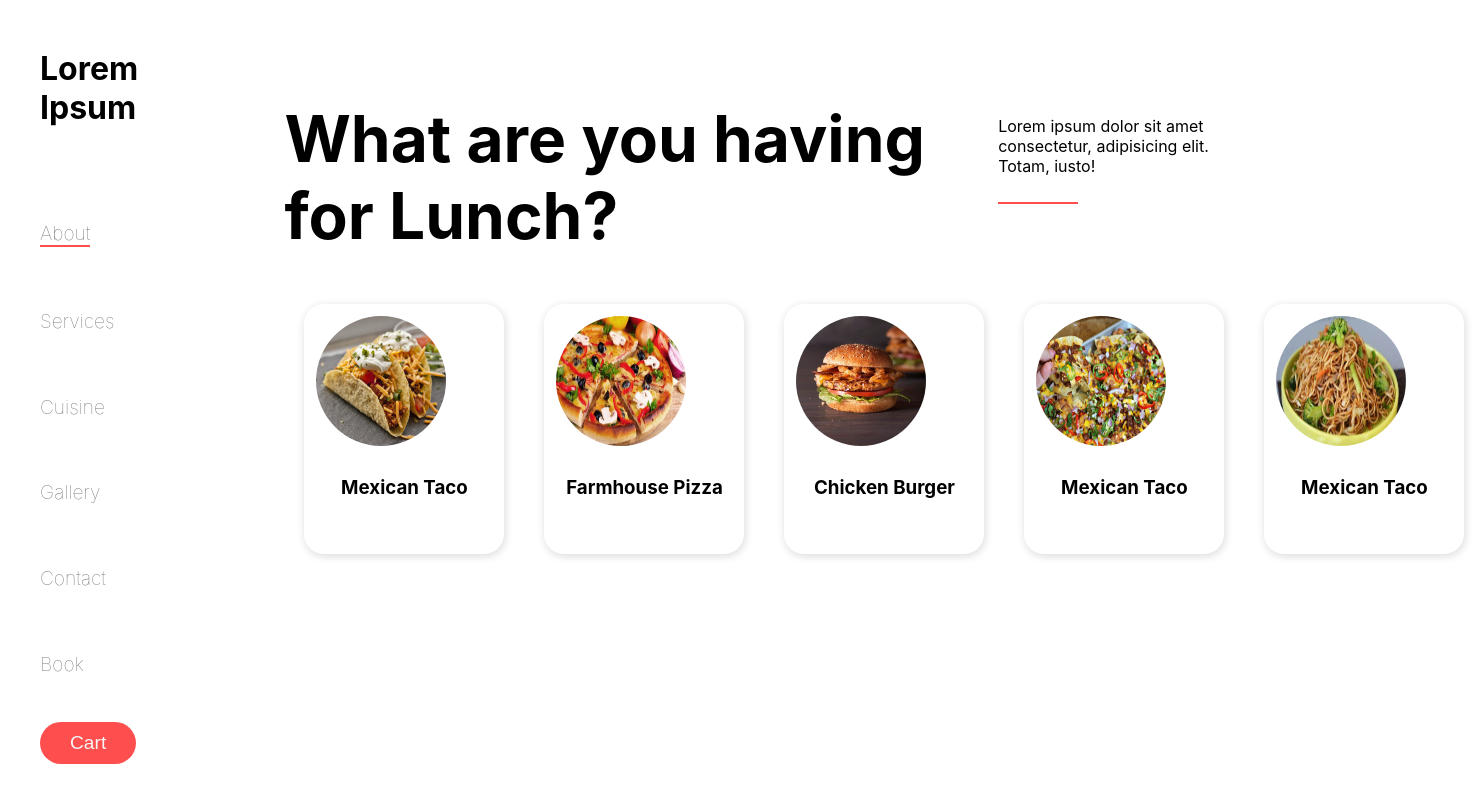
Repository: Marlstergo/assignment2
Page: /
These files come from the project's save history. The page is drawn as it stood at one moment and after the next save; the edit follows.
The browser window is 1280 px wide. The page is 1484 px wide, so the pictures cover 1484 px, including what lies to the right of the window. The pictures show the whole page.
The project was rebuilt for these pictures with package versions that can differ from the ones it lists, and the page was loaded fresh each time.

Above is the page before, as saved 2021-07-27 03:29:11.

After the next save:
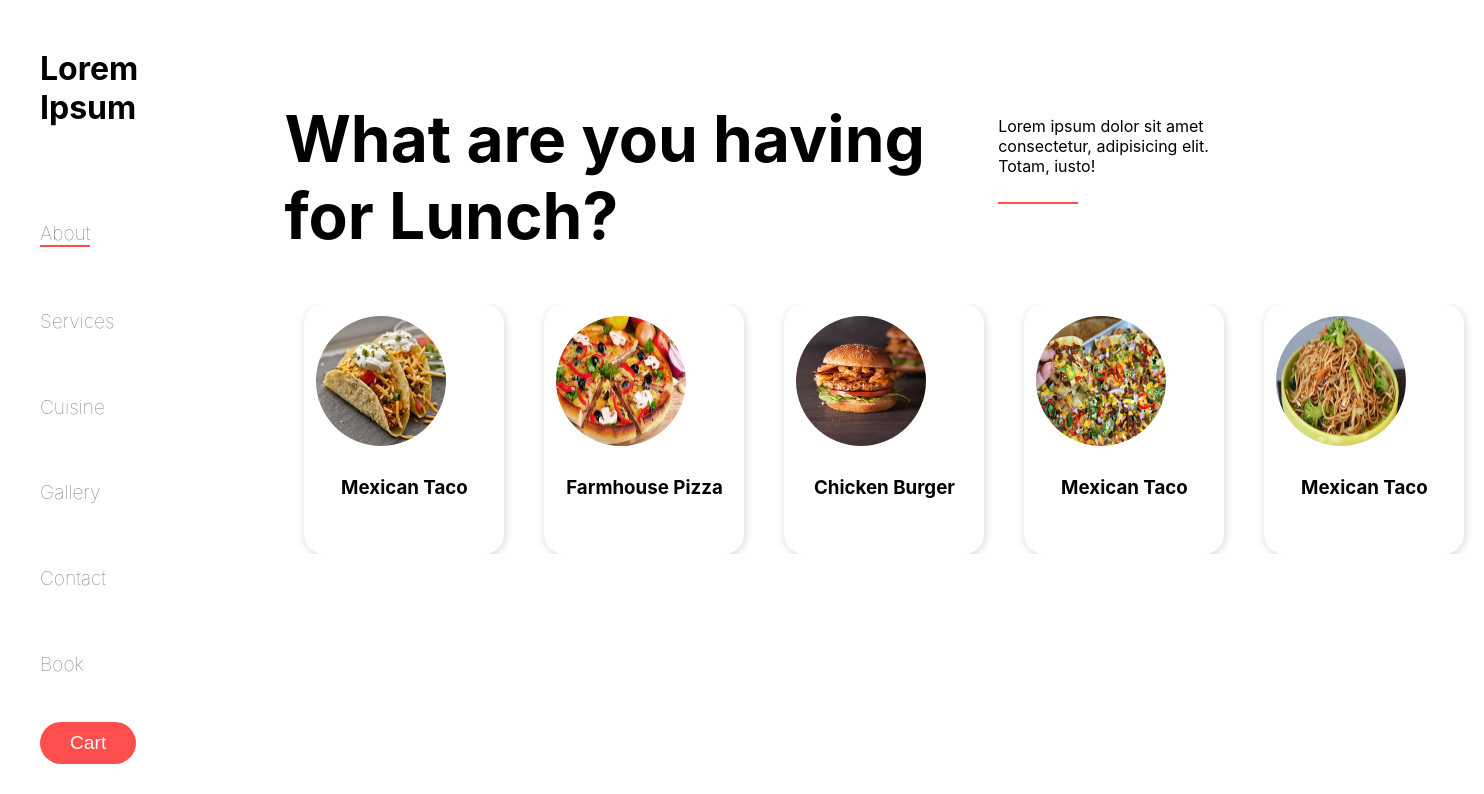
Saved 47 s later.
--- a/src/App.css
+++ b/src/App.css
@@ -96,6 +96,7 @@
 .row{
   display: inline-flex;
   /* overflow: scroll; */
+  overflow: hidden;
 
 }
 

After the save that followed:
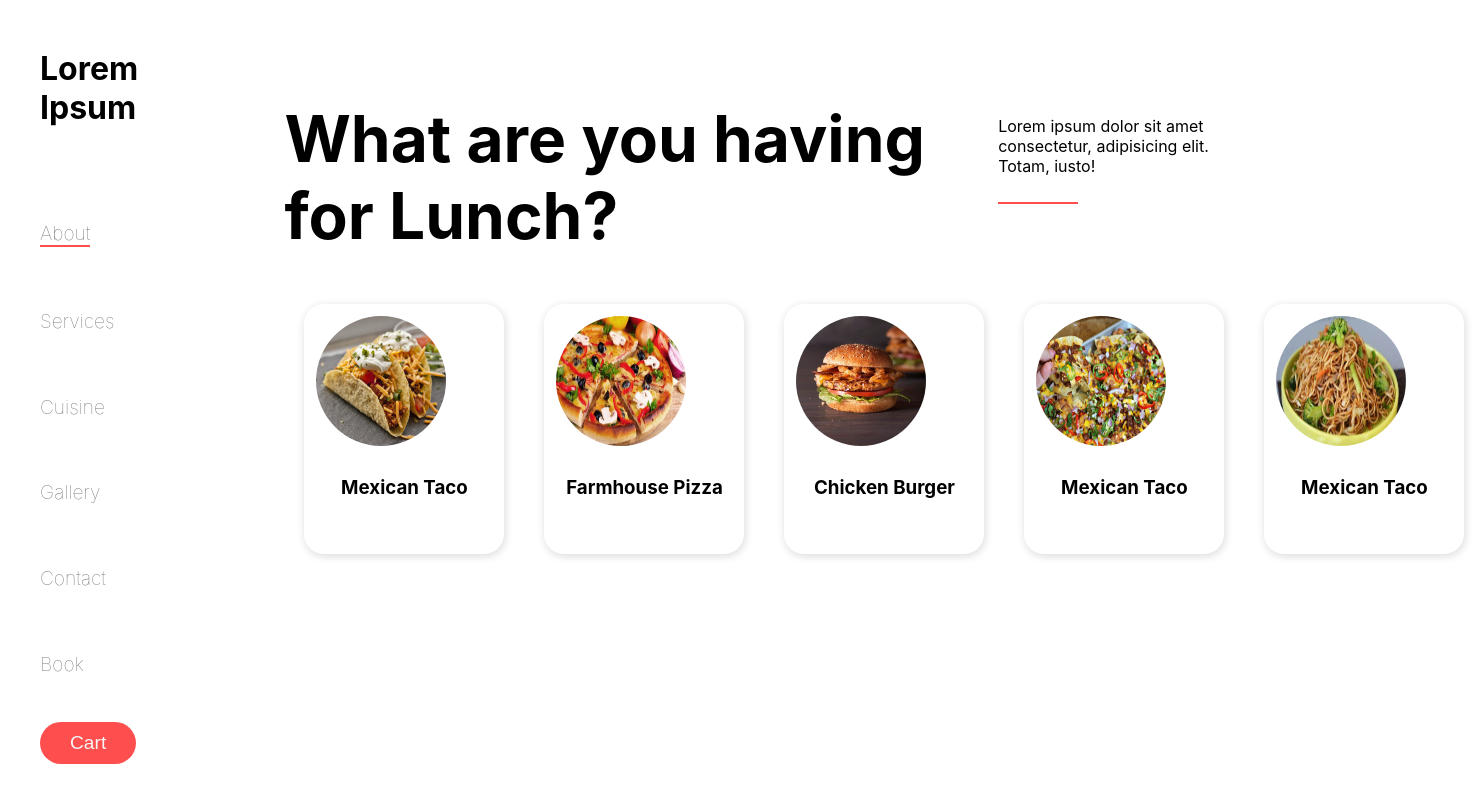
Saved 7 s later.
--- a/src/App.css
+++ b/src/App.css
@@ -96,7 +96,6 @@
 .row{
   display: inline-flex;
   /* overflow: scroll; */
-  overflow: hidden;
 
 }
 
